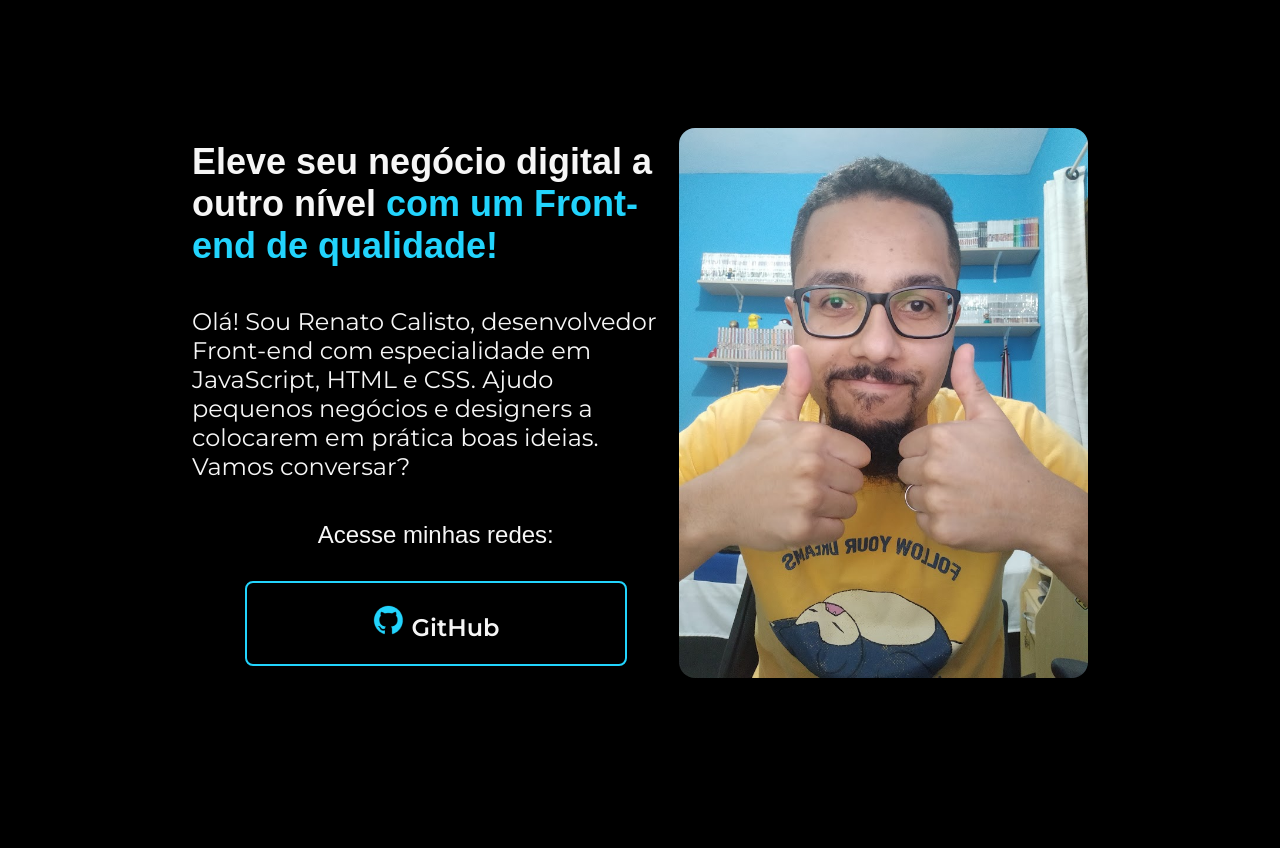
Repository: RenatoCCS/Portfolio_Alura
Page: index.html
An editor plug-in stored every save of this project. The page is shown before and after the next save, followed by the edit.
The browser window is 1280 px wide. The pictures show the whole page.
Some web fonts or font styles are not loaded; a fallback is used.

Above is the page before, as saved 2023-02-28 15:23:10.

### index.html
<!DOCTYPE html>
<html lang="pt-br">
  <head>
    <meta charset="UTF-8" />
    <meta http-equiv="X-UA-Compatible" content="IE=edge" />
    <meta name="viewport" content="width=device-width, initial-scale=1.0" />
    <title>Portfolio</title>
    <link rel="stylesheet" href="style.css" />
  </head>
  <body>
    <header></header>
    <main class="apresentacao">
      <section class="apresentacao__conteudo">
        <h1 class="apresentacao__conteudo__titulo">
          Eleve seu negócio digital a outro nível
          <strong class="titulo-destaque">
            com um Front-end de qualidade!
          </strong>
        </h1>
        <p class="apresentacao__conteudo__texto">
          Olá! Sou Renato Calisto, desenvolvedor Front-end com especialidade em
          JavaScript, HTML e CSS. Ajudo pequenos negócios e designers a
          colocarem em prática boas ideias. Vamos conversar?
        </p>
        <div class="apresentacao__links">
          <h2 class="apresentacao__links__subtitulo">Acesse minhas redes:</h2>

          <a
            class="apresentacao__links__link"
            href="https://github.com/RenatoCCS"
          >
            <img src="./assets/github.png" alt="" />
            GitHub
          </a>
        </div>
      </section>
      <img
        class="apresentacao__foto"
        src="./assets/renato.jpg"
        alt="Renato fazendo sinal de positivo com ambas as mãos"
      />
    </main>
    <footer></footer>
  </body>
</html>

### style.css
@import url('https://fonts.googleapis.com/css2?family=Krona+One&family=Montserrat:wght@400;600&display=swap');

* {
  margin: 0;
  padding: 0;
}

body {
  height: 100vh;
  box-sizing: border-box;
  background-color: #000000;
  color: #f6f6f6;
}

.titulo-destaque {
  color: #22d4fd;
}

.apresentacao {
  margin: 10% 15%;
  display: flex;
  align-items: center;
  justify-content: space-between;
}

.apresentacao__conteudo {
  width: 615px;
  display: flex;
  flex-direction: column;
  gap: 40px;
}

.apresentacao__conteudo__titulo {
  font-size: 36px;
  font-family: 'Krona One', sans-serif;
}

.apresentacao__conteudo__texto {
  font-size: 24px;
  font-family: 'Montserrat', sans-serif;
}

.apresentacao__links {
  display: flex;
  flex-direction: column;
  justify-content: space-between;
  align-items: center;
  gap: 32px;
}

.apresentacao__links__subtitulo {
  font-family: 'Krona One', sans-serif;
  font-weight: 400;
  font-size: 24px;
}

.apresentacao__links__link {
  /* background-color: #22d4fd; foi trocado o estilo*/
  border: 2px solid #22d4fd;
  width: 378px;
  text-align: center;
  border-radius: 8px;
  font-size: 24px;
  font-weight: 600;
  padding: 21.5px 0;
  text-decoration: none;
  color: #f6f6f6;
  font-family: 'Montserrat', sans-serif;
}

/*Utilizei minha foto e fui adaptando de acordo com o tamanho da outra foto*/
.apresentacao__foto {
  height: 550px;
  width: 490px;
  left: 1032px;
  top: 253px;
  border-radius: 16px;
}

After the next save:
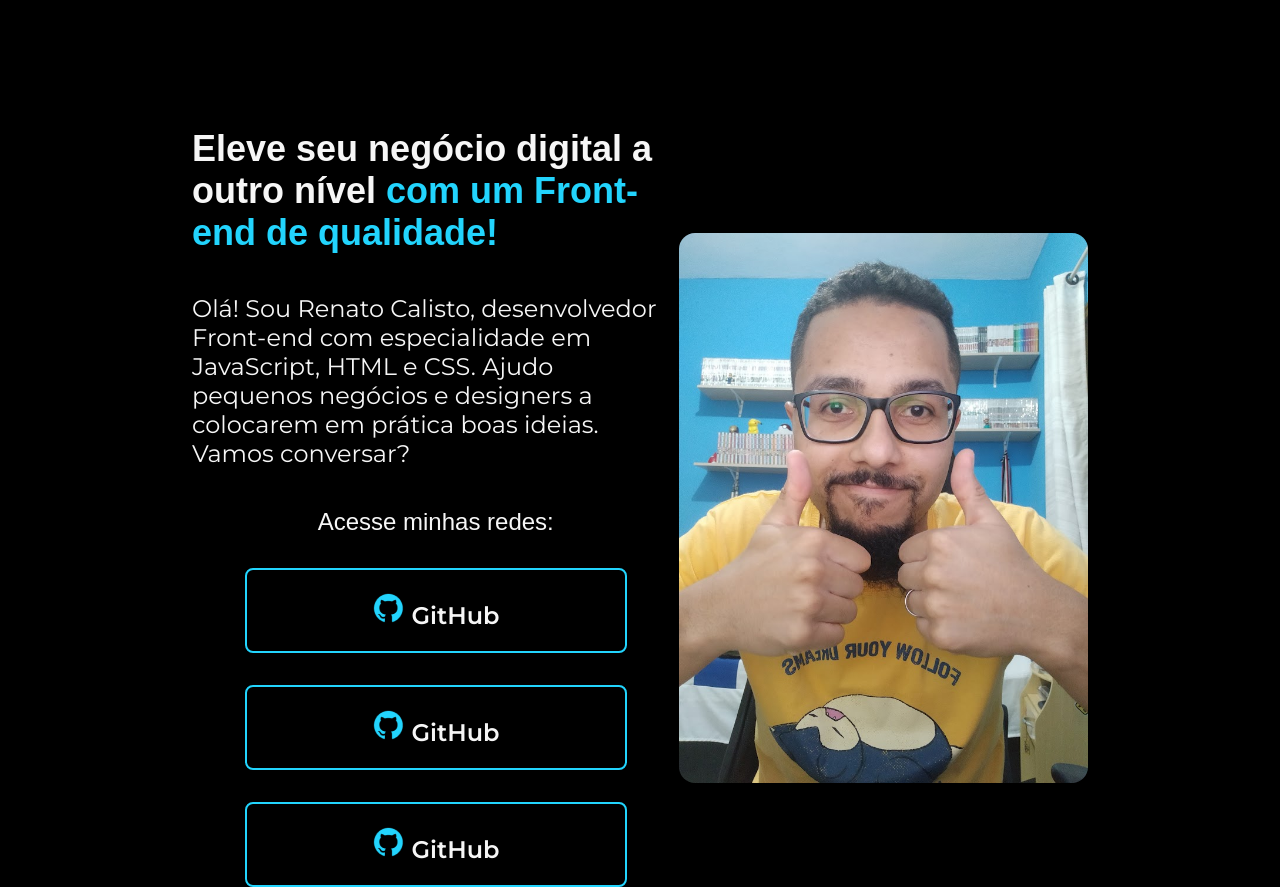
Saved 44 s later.
--- a/index.html
+++ b/index.html
@@ -32,6 +32,22 @@
             <img src="./assets/github.png" alt="" />
             GitHub
           </a>
+
+          <a
+            class="apresentacao__links__link"
+            href="https://github.com/RenatoCCS"
+          >
+            <img src="./assets/github.png" alt="" />
+            GitHub
+          </a>
+
+          <a
+            class="apresentacao__links__link"
+            href="https://github.com/RenatoCCS"
+          >
+            <img src="./assets/github.png" alt="" />
+            GitHub
+          </a>
         </div>
       </section>
       <img
